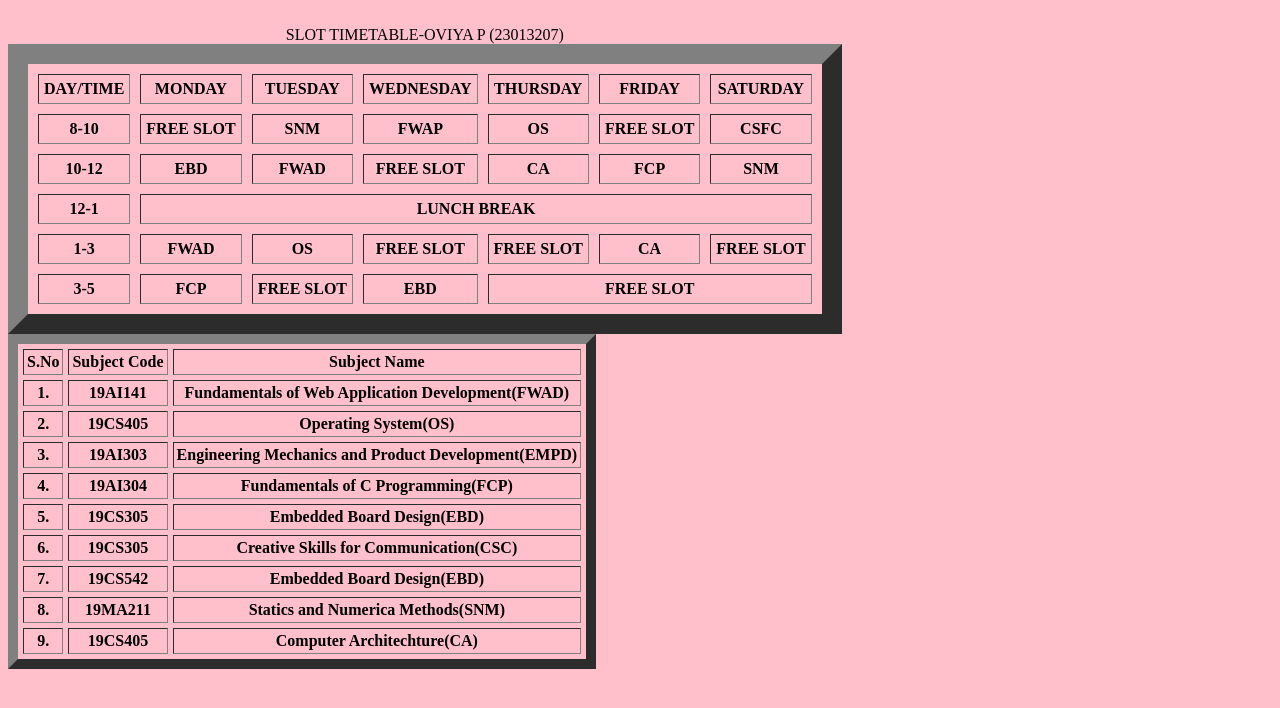
Repository: Oviya24032K6/slot
Page: oviya/static/time.html
These files come from the project's save history. The page is drawn as it stood at one moment and after the next save; the edit follows.
The browser window is 1280 px wide. The pictures show the whole page.

Above is the page before, as saved 2024-03-13 17:27:50.

After the next save:
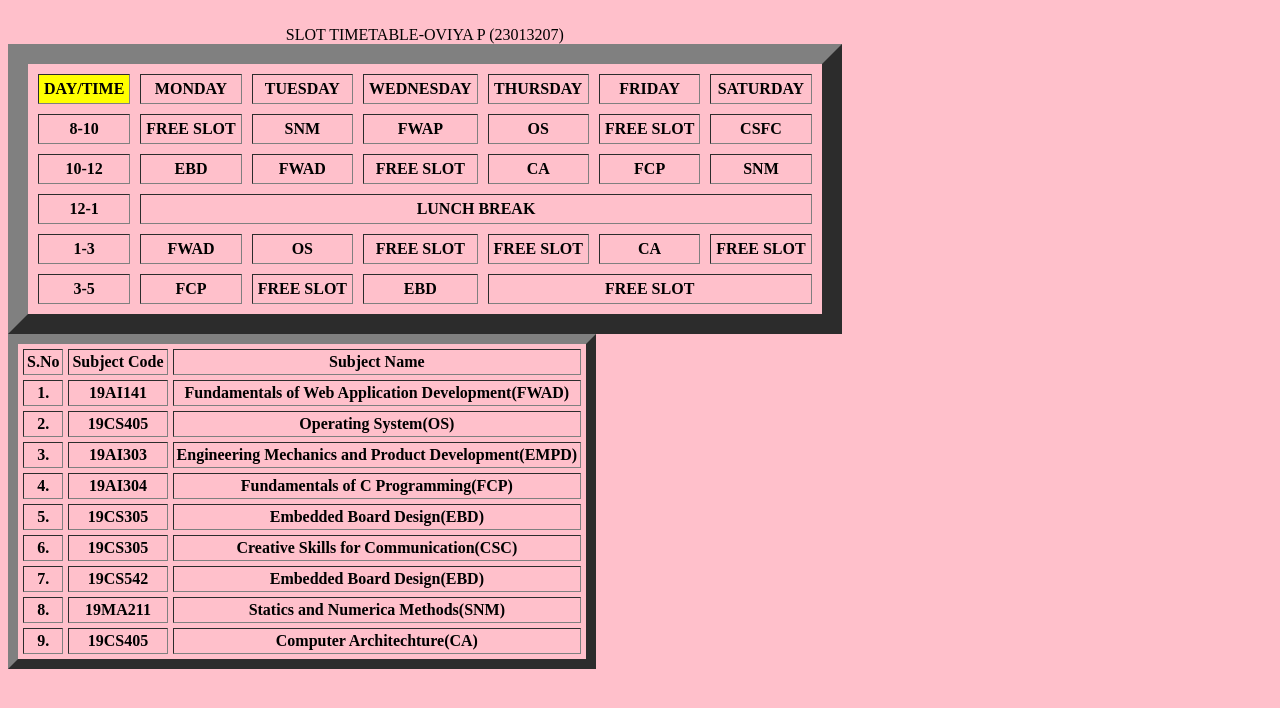
Saved 24 s later.
--- a/oviya/static/time.html
+++ b/oviya/static/time.html
@@ -6,7 +6,7 @@
     <table align="left" border="20" cellspacing="10" cellpadding="5">
     <caption>SLOT TIMETABLE-OVIYA P (23013207)</caption>
         <tr>
-            <th bg color="yellow">DAY/TIME</th>
+            <th bgcolor="yellow">DAY/TIME</th>
             <th>MONDAY</th>
             <th>TUESDAY</th>
             <th>WEDNESDAY</th>
